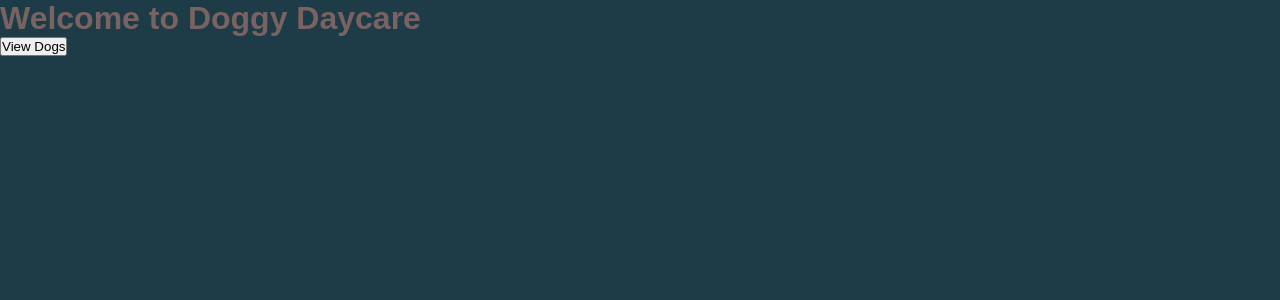
Repository: henrik-malm/doggy-daycare
Page: / (app in 451doggy-daycare/)
These files come from the project's save history. The page is drawn as it stood at one moment and after the next save; the edit follows.
The browser window is 1280 px wide. The pictures show the whole page.
The project was rebuilt for these pictures with package versions that can differ from the ones it lists, and the page was loaded fresh each time. The framework's server and built-in components were replaced by stand-ins that run in the browser. Also part of the build but not shown: 451doggy-daycare/next.config.mjs.

Above is the page before, as saved 2025-02-28 06:51:24.

After the next save:
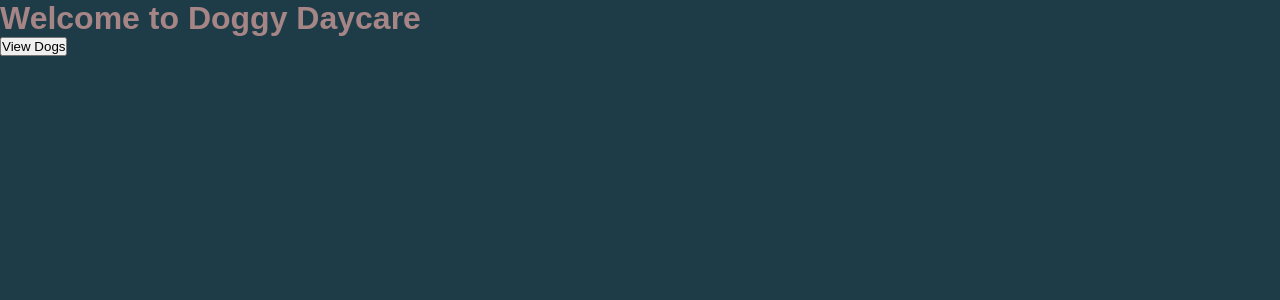
Saved 13 s later.
--- a/451doggy-daycare/app/globals.css
+++ b/451doggy-daycare/app/globals.css
@@ -1,6 +1,6 @@
 :root {
   --background: #1e3c47;
-  --foreground: #796262;
+  --foreground: #a58585;
 }
 
 
